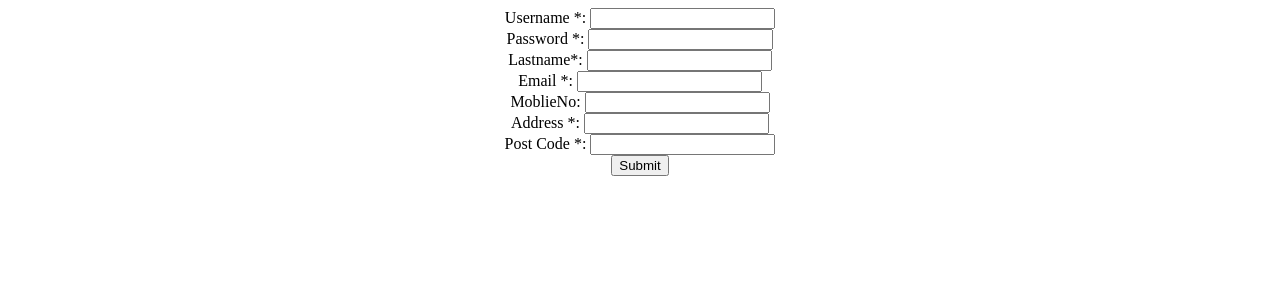
Repository: Ashwini-Tikotekar/servlets
Page: LoginRegistrationApp/WebContent/registration.html
An editor plug-in stored every save of this project. The page is shown before and after the next save, followed by the edit.
The browser window is 1280 px wide. The pictures show the whole page.

Above is the page before, as saved 2019-01-22 07:55:58.

### LoginRegistrationApp/WebContent/registration.html
<!DOCTYPE html>
<html>
<head>
<meta charset="UTF-8">
<title>Registration</title>
</head>
<body>
<form action="login">
		<div align="center">
			Username *: <input type="username" name="username" required/><br />
			Password *: <input type="password" name="pwd" /><br />
			Lastname*: <input type="lastname" name="lname" /><br />
			Email *: <input type="email" name="email" /><br />
			MoblieNo: <input type="mobileno" name="mob" /><br />
			Address *: <input type="address" name="add" /><br />
			Post Code *: <input type="postcode" name="ptc" /><br />

		<input type="submit" value="Submit" />
		</div>
	</form>
</body>
</html>

After the next save:
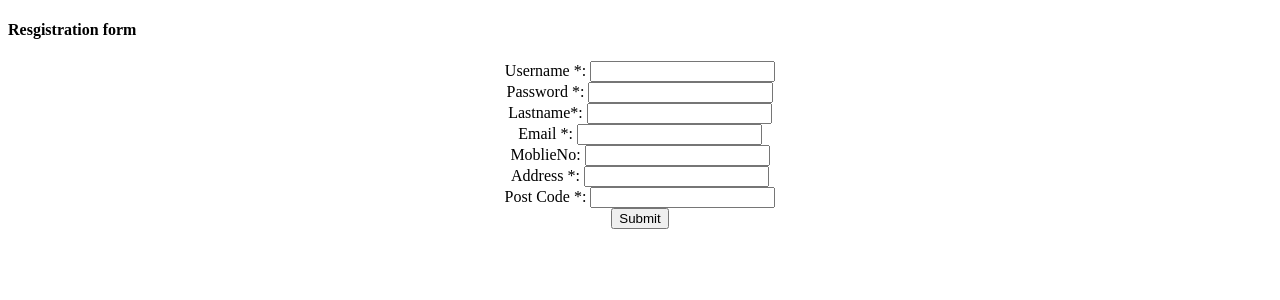
Saved 50 min 57 s later.
--- a/LoginRegistrationApp/WebContent/registration.html
+++ b/LoginRegistrationApp/WebContent/registration.html
@@ -5,6 +5,7 @@
 <title>Registration</title>
 </head>
 <body>
+<h4> Resgistration form</h4>
 <form action="login">
 		<div align="center">
 			Username *: <input type="username" name="username" required/><br />
